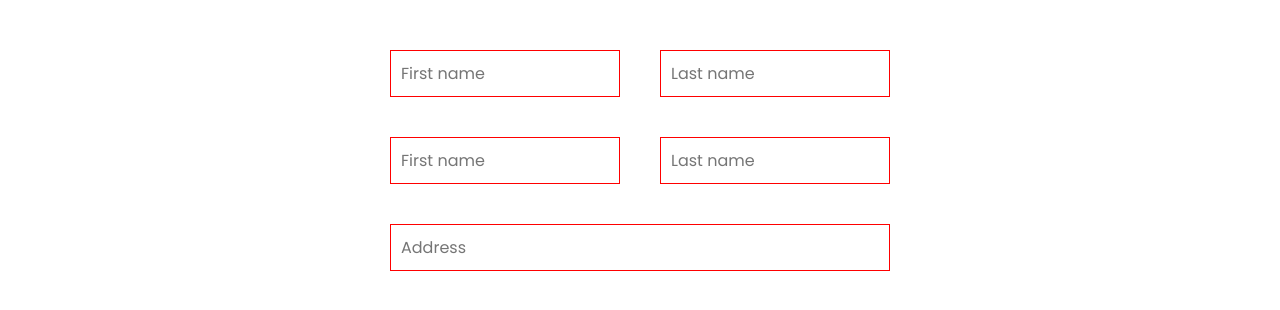
Repository: evondev/html-css-basic-course
Page: index.html
An editor plug-in stored every save of this project. The page is shown before and after the next save, followed by the edit.
The browser window is 1280 px wide. The pictures show the whole page.
Some web libraries are served in a nearby version. The style sheet was rebuilt from its Sass, Less or Tailwind sources for each picture, by a compiler version that may differ from the author's.

Above is the page before, as saved 2020-12-27 11:43:43.

### index.html
<!DOCTYPE html>
<html lang="en">
  <head>
    <meta charset="UTF-8" />
    <meta name="viewport" content="width=device-width, initial-scale=1.0" />
    <title>Form layout CSS Grid</title>
    <link
      href="https://fonts.googleapis.com/css2?family=Roboto:wght@400;700&display=swap"
      rel="stylesheet"
    />
    <link
      rel="stylesheet"
      href="https://cdnjs.cloudflare.com/ajax/libs/font-awesome/5.14.0/css/all.min.css"
      integrity="sha512-1PKOgIY59xJ8Co8+NE6FZ+LOAZKjy+KY8iq0G4B3CyeY6wYHN3yt9PW0XpSriVlkMXe40PTKnXrLnZ9+fkDaog=="
      crossorigin="anonymous"
    />
    <link
      href="https://fonts.googleapis.com/css2?family=Poppins:wght@300;400;700&display=swap"
      rel="stylesheet"
    />
    <link rel="stylesheet" href="./reset.css" />
    <link rel="stylesheet" href="./app.css" />
  </head>
  <body>
    <div class="form-layout">

      <div class="form-group">
        <input type="text" class="form-input" placeholder="First name">
        <input type="text" class="form-input" placeholder="Last name">
      </div>
      <div class="form-group">
        <input type="text" class="form-input" placeholder="First name">
        <input type="text" class="form-input" placeholder="Last name">
      </div>
      <div class="form-group">
        <input type="text" class="form-input" placeholder="Address">
      </div>
    </div>
  </body>
</html>

### app.scss
html {
  font-size: 62.5%;
}

* {
  box-sizing: border-box;
}

body {
  font-size: 1.6rem;
  font-weight: normal;
}

input,
textarea,
button,
select {
  font-size: 1.6rem;
  font-family: "Poppins", sans-serif;
  font-weight: normal;
  outline: none;
}

a {
  text-decoration: none;
}

img {
  display: block;
  max-width: 100%;
}
.form-layout {
  max-width: 500px;
  margin: 50px auto;
}
.form-group {
  margin-bottom: 40px;
  display: grid;
  grid-template-columns: repeat(auto-fit, minmax(0, 1fr));
  grid-column-gap: 40px;
}
.form-input {
  padding: 10px;
  border: 1px solid #f00;
  outline: none;
  width: 100%;
}

Loaded but not shown: reset.css (common file)

After the next save:
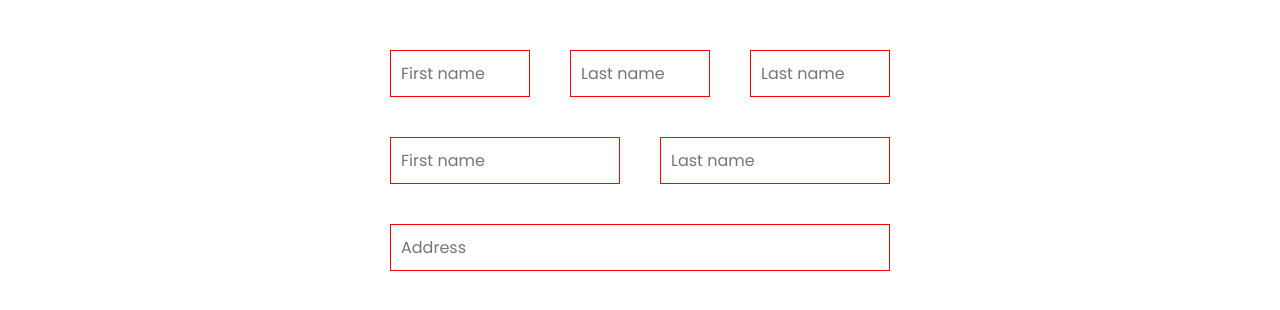
Saved 50 s later.
--- a/index.html
+++ b/index.html
@@ -27,6 +27,7 @@
       <div class="form-group">
         <input type="text" class="form-input" placeholder="First name">
         <input type="text" class="form-input" placeholder="Last name">
+        <input type="text" class="form-input" placeholder="Last name">
       </div>
       <div class="form-group">
         <input type="text" class="form-input" placeholder="First name">
